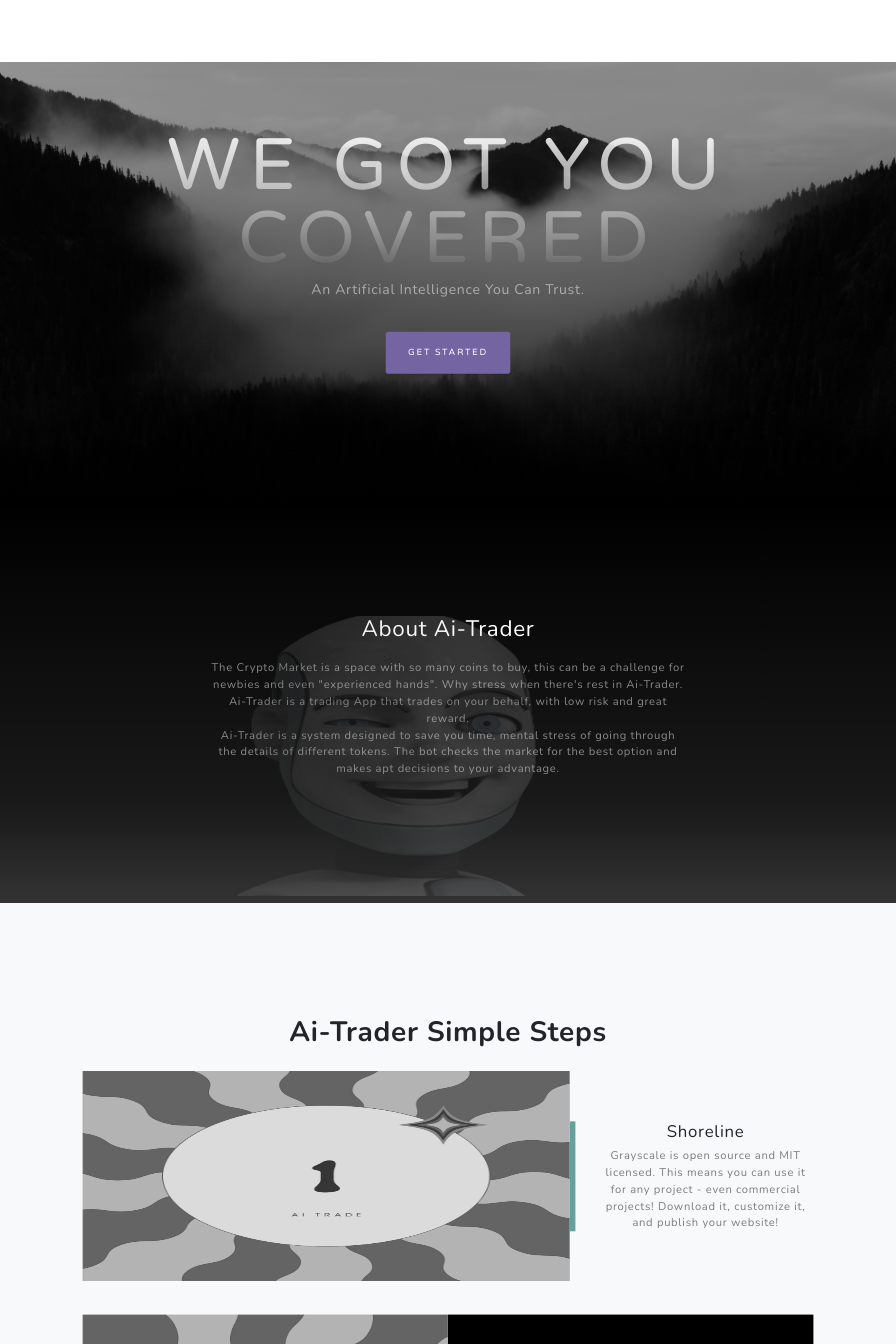
Repository: seyicoded/ico_one
Page: docs/index.html
These files come from the project's save history. The page is drawn as it stood at one moment and after the next save; the edit follows.
The browser window is 1280 px wide. The pictures show the part of the page from y = 0 to 1920 px (the page is 4178 px tall), at 70% of full size.

Above is the page before, as saved 2022-02-13 17:05:30.

After the next save:
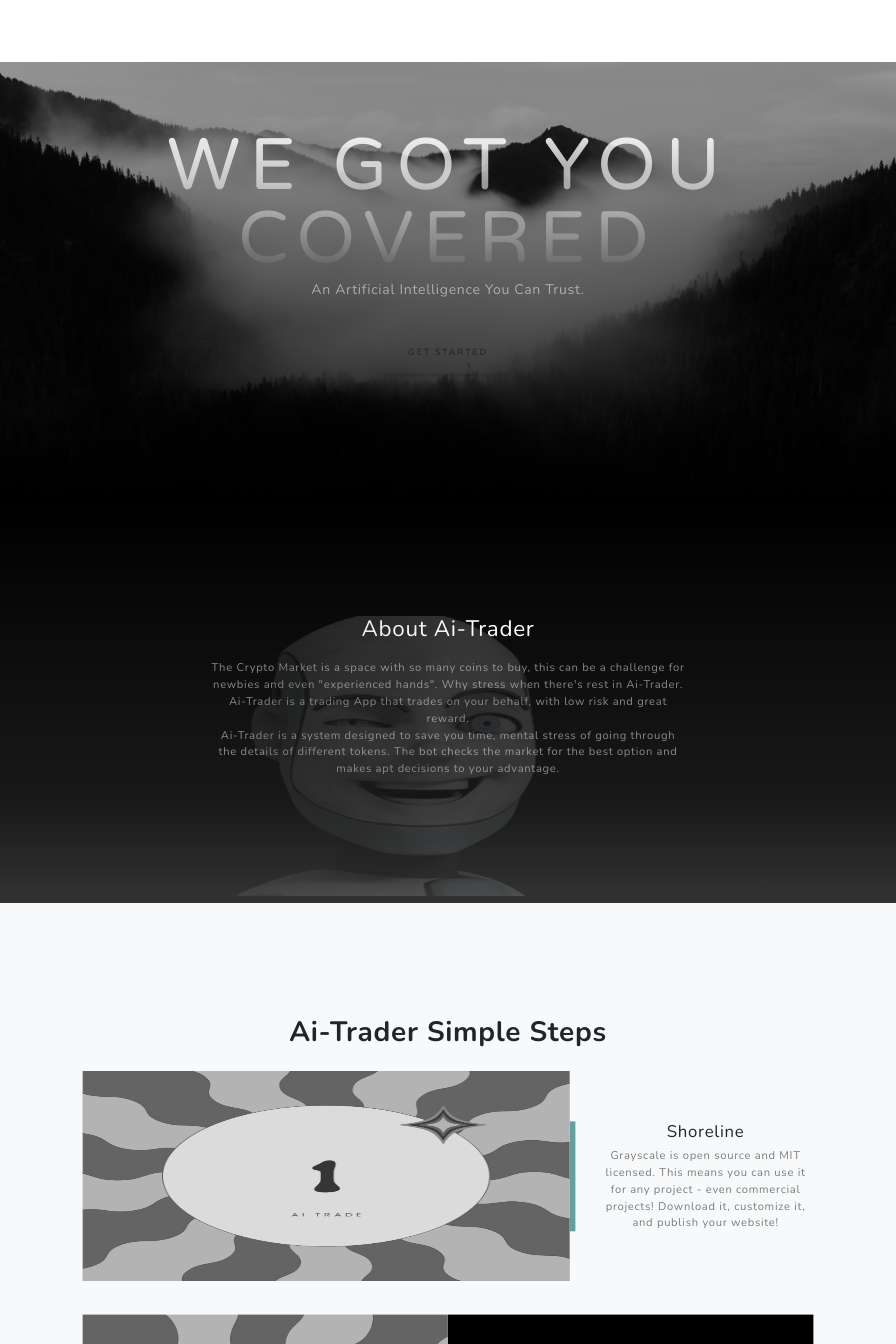
Saved 18 s later.
--- a/docs/index.html
+++ b/docs/index.html
@@ -82,7 +82,7 @@
                     <div class="text-center">
                         <h1 class="mx-auto my-0 text-uppercase wow fadeIn animated" data-wow-duration="1090ms" data-wow-delay="1000ms">We Got You Covered</h1>
                         <h2 class="text-white-50 mx-auto mt-2 mb-5 wow fadeIn animated" data-wow-duration="1090ms" data-wow-delay="1300ms">An Artificial Intelligence You Can Trust.</h2>
-                        <a class="btn btn-secondary wow fadeIn animated" href="#about"  data-wow-duration="1090ms" data-wow-delay="1600ms">Get Started</a>
+                        <a class="btn wow fadeIn animated" href="#about"  data-wow-duration="1090ms" data-wow-delay="1600ms">Get Started</a>
                     </div>
                 </div>
             </div>
